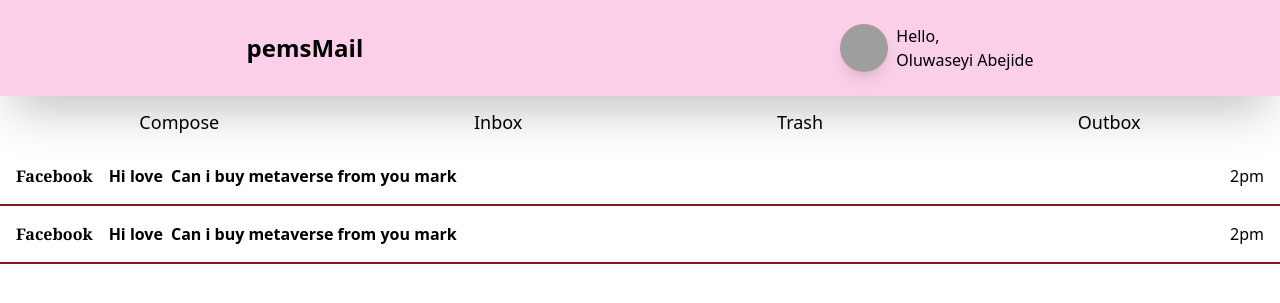
Repository: Semanmernstack/mailclone
Page: /
The author's editor kept a copy of each file at every save. The page is drawn from the files as they stood at one save, then again after the next save.
The browser window is 1280 px wide. The pictures show the whole page.
Pictures or frames that could not be fetched are drawn as grey boxes. The project was rebuilt for these pictures with package versions that can differ from the ones it lists, and the page was loaded fresh each time. Also part of the build but not shown: src/features/counter/Counter.module.css, src/features/counter/Counter.js.

Above is the page before, as saved 2023-01-16 02:54:25.

After the next save:
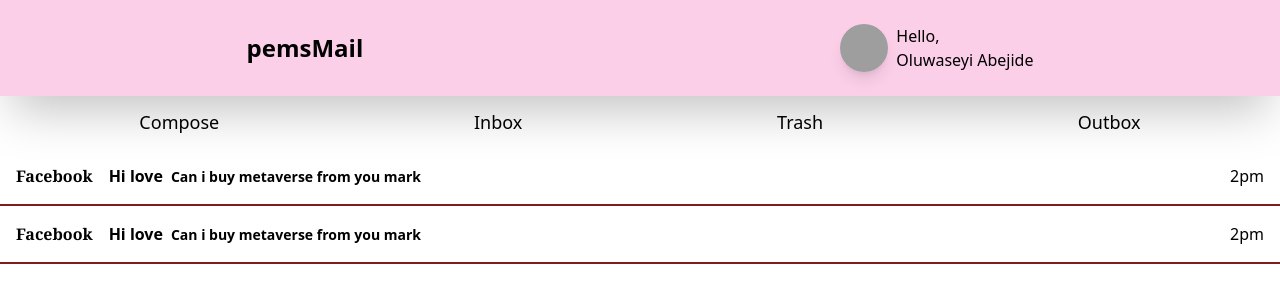
Saved 12 s later.
--- a/src/OpenRow.js
+++ b/src/OpenRow.js
@@ -8,7 +8,7 @@ function OpenRow({ title, subject, description, time }) {
         </div>
         <div className="flex-1">
             <h4 className="font-semibold">{subject}
-                <span className="ml-2"  >{description}</span>
+                <span className="ml-2 text-sm"  >{description}</span>
             </h4>
         </div>
         <div className="">
